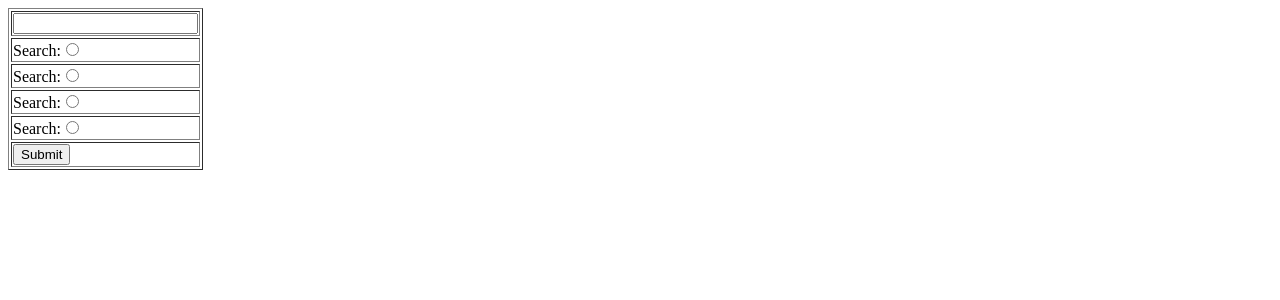
Repository: enrn/cyberCheck
Page: myFirstWebProject/WebContent/SearchEngine.html
These files come from the project's save history. The page is drawn as it stood at one moment and after the next save; the edit follows.
The browser window is 1280 px wide. The pictures show the whole page.

Above is the page before, as saved 2017-09-23 01:00:48.

### myFirstWebProject/WebContent/SearchEngine.html
<!DOCTYPE html>
<html>
<head>
<meta charset="UTF-8">
<title>Search Engine</title>
</head>
<body>
	<form action="/myFirstWebProject/SearchEngineServlet/" method="get">
		<table border=1>
		<tr><td><input type="text" name="search"></td></tr>

				<tr><td>Search:<input type="radio" name="name" value="google"></td></tr>
				<tr><td>Search:<input type="radio" name="name" value="ebay"></td></tr>
				<tr><td>Search:<input type="radio" name="name" value="yahoo"></td></tr>
				<tr><td>Search:<input type="radio" name="name" value="bing"></td></tr>
				<tr><td><input type="submit"></td></tr>


		</table>
	</form>


</body>
</html>

After the next save:
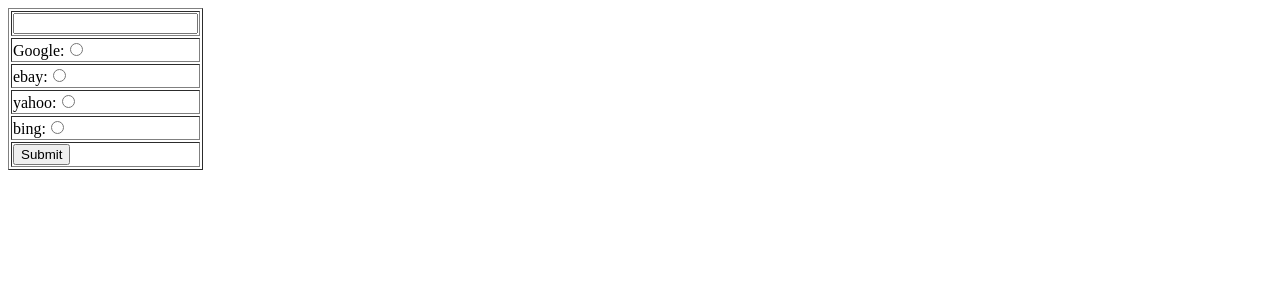
Saved 74 s later.
--- a/myFirstWebProject/WebContent/SearchEngine.html
+++ b/myFirstWebProject/WebContent/SearchEngine.html
@@ -9,10 +9,10 @@
 		<table border=1>
 		<tr><td><input type="text" name="search"></td></tr>
 
-				<tr><td>Search:<input type="radio" name="name" value="google"></td></tr>
-				<tr><td>Search:<input type="radio" name="name" value="ebay"></td></tr>
-				<tr><td>Search:<input type="radio" name="name" value="yahoo"></td></tr>
-				<tr><td>Search:<input type="radio" name="name" value="bing"></td></tr>
+				<tr><td>Google:<input type="radio" name="name" value="google"></td></tr>
+				<tr><td>ebay:<input type="radio" name="name" value="ebay"></td></tr>
+				<tr><td>yahoo:<input type="radio" name="name" value="yahoo"></td></tr>
+				<tr><td>bing:<input type="radio" name="name" value="bing"></td></tr>
 				<tr><td><input type="submit"></td></tr>
 
 
